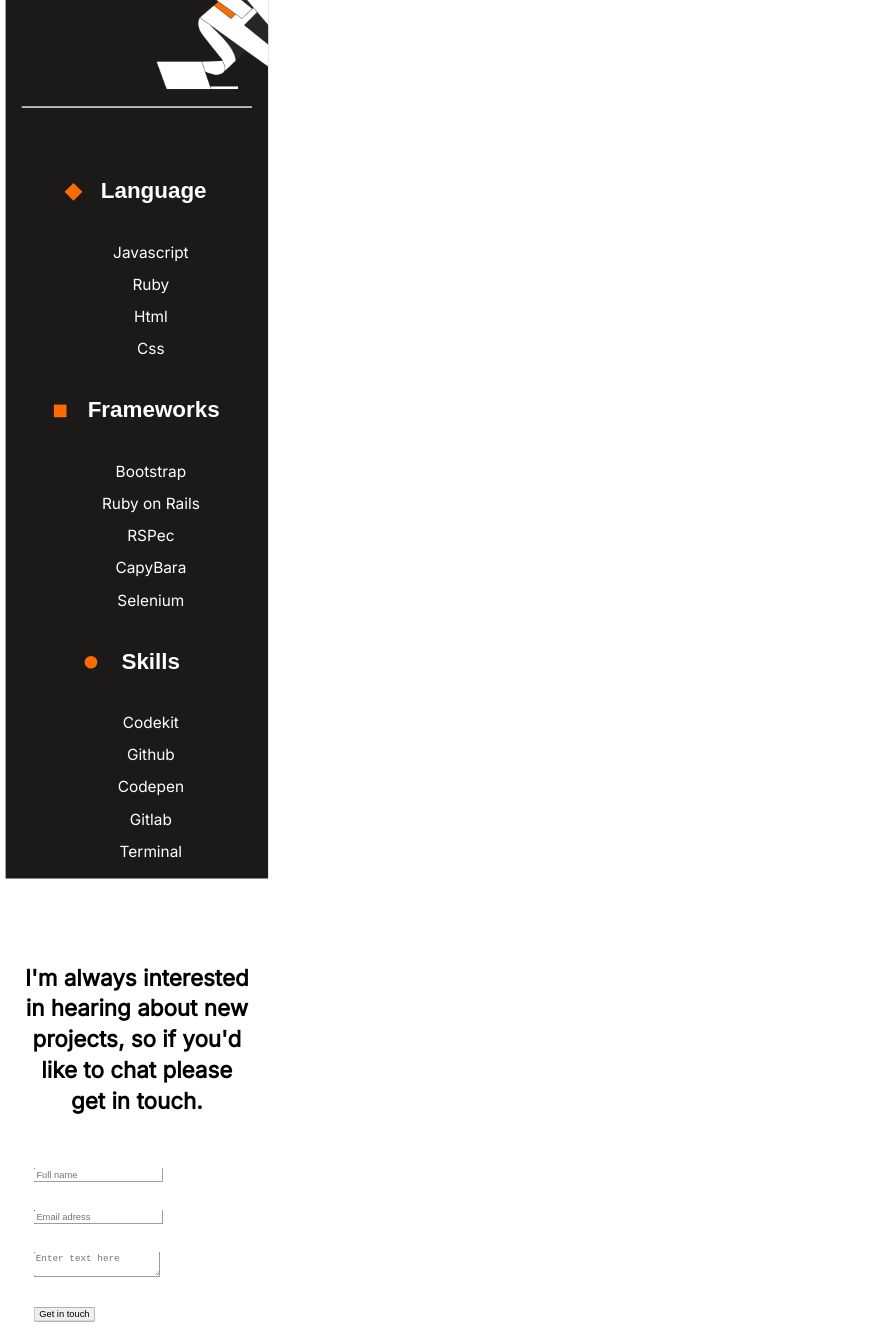
Repository: iBel251/portfolio
Page: index.html
These files come from the project's save history. The page is drawn as it stood at one moment and after the next save; the edit follows.
The browser window is 1280 px wide. The pictures show the part of the page from y = 4580 to 6500 px (the page is 6639 px tall before and 6635 px after), at 70% of full size.
Some web fonts or font styles are not loaded; a fallback is used.

Above is the page before, as saved 2022-03-22 10:57:07.

After the next save:
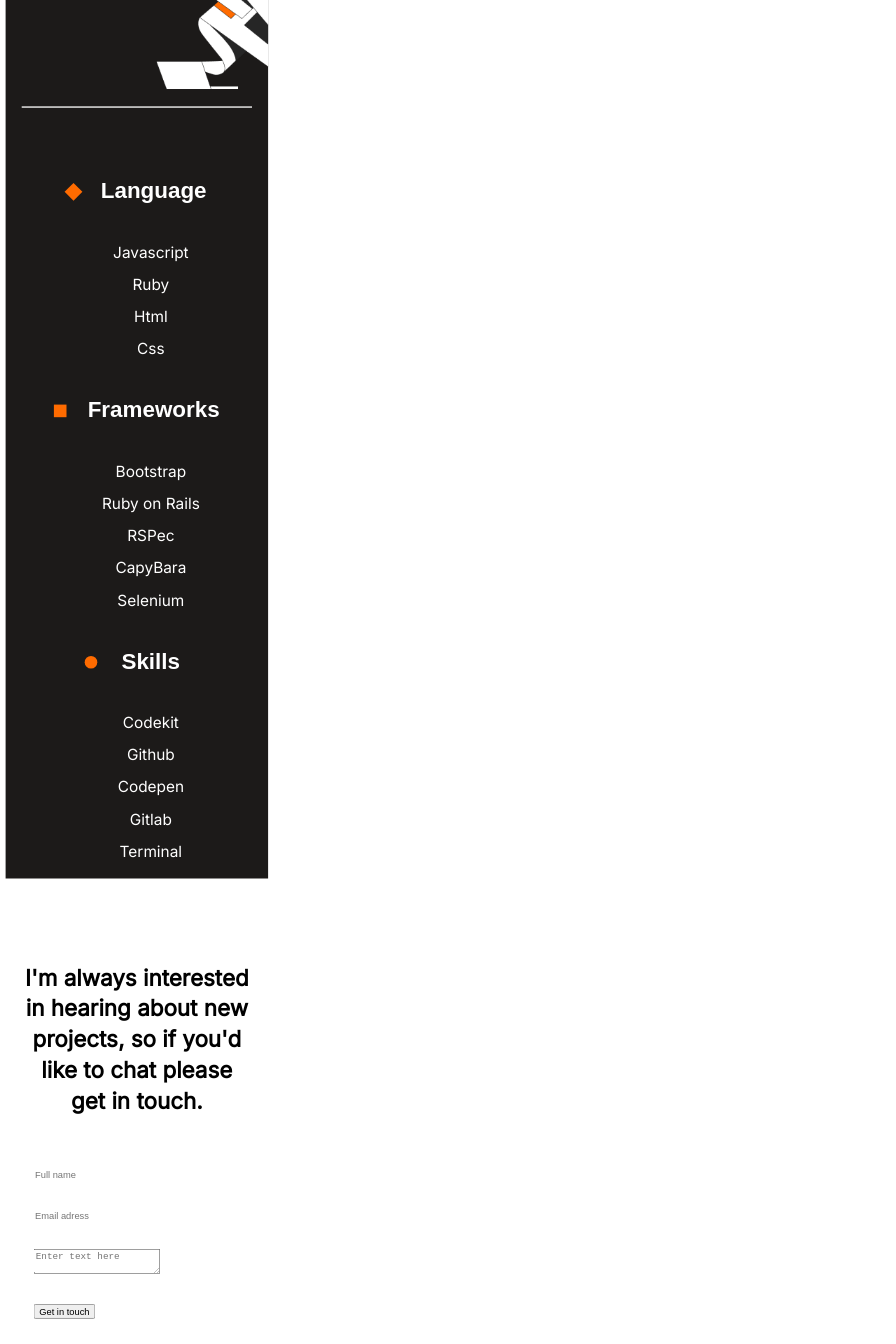
Saved 38 s later.
--- a/style.css
+++ b/style.css
@@ -423,5 +423,8 @@ margin: 120px 24px 15px 24px;
 
 .form li {
   margin-bottom: 39px;
+}
+
+.form input {
   border: none;
 }
